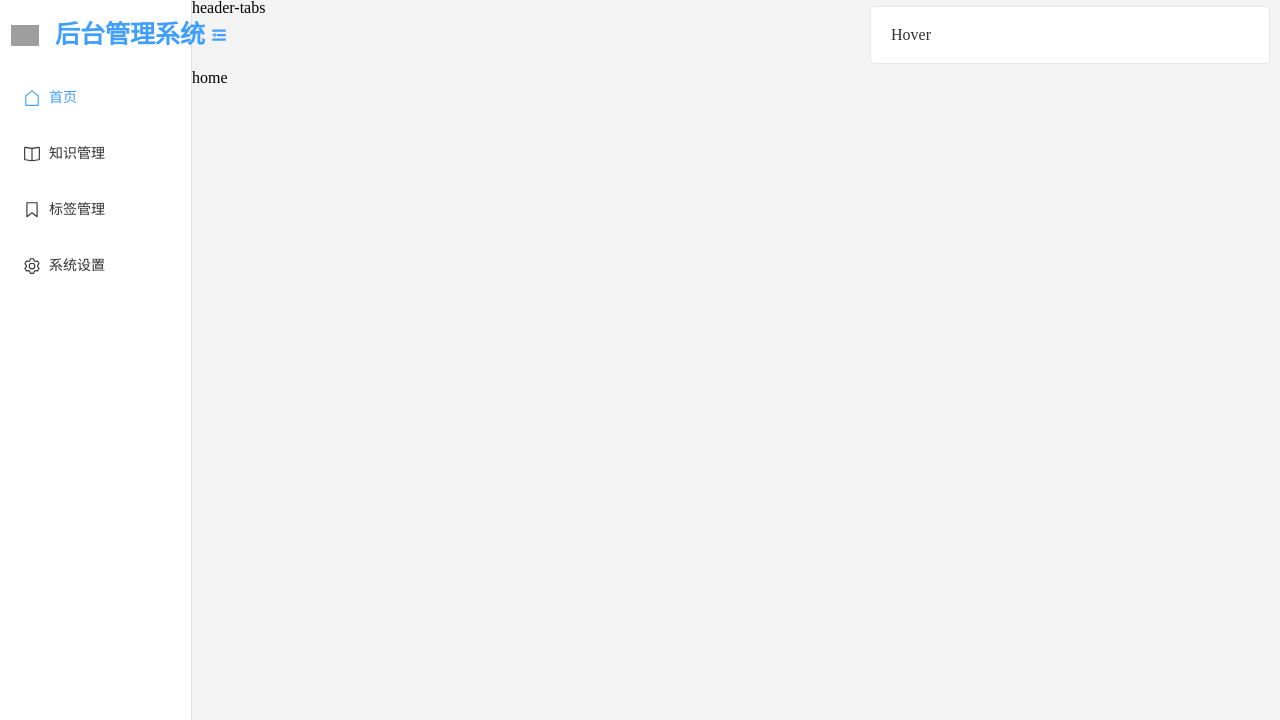
Repository: serrrN/admin
Page: /
The author's editor kept a copy of each file at every save. The page is drawn from the files as they stood at one save, then again after the next save.
The browser window is 1280 px wide. The pictures show the whole page.
Pictures or frames that could not be fetched are drawn as grey boxes. The project was rebuilt for these pictures with package versions that can differ from the ones it lists, and the page was loaded fresh each time. Also part of the build but not shown: vite.config.ts, src/styles/index.scss.

Above is the page before, as saved 2024-06-05 16:03:53.

### src/main.ts
import { createApp } from 'vue'
import App from './App.vue'
import ElementPlus from 'element-plus'
import zhCn from 'element-plus/es/locale/lang/zh-cn'
import * as ElementPlusIconsVue from '@element-plus/icons-vue'
import router from './router'
import 'reset-css'
import './styles/index.scss'
import pinia from '@/store/index'
const app = createApp(App)
for (const [key, component] of Object.entries(ElementPlusIconsVue)) {
  app.component(key, component)
}
app.use(pinia)
app.use(ElementPlus, { locale: zhCn })
app.use(router)
app.mount('#app')

### src/App.vue
<script setup lang="ts"></script>

<template>
  <router-view></router-view>
</template>

<style>
* {
  box-sizing: border-box;
}
#app,
html,
body {
  width: 100%;
  height: 100%;
}
</style>

### src/router/index.ts
import { createRouter, createWebHistory } from 'vue-router'
import routes from './routes'
const router = createRouter({
  history: createWebHistory(),
  routes,
})
export default router

### src/router/routes.ts
const routes = [
  {
    path: '/',
    name: 'home',
    redirect: '/home',
    component: () => import('@/layout/index.vue'),
    children: [
      {
        path: '/home',
        component: () => import('@/views/home/index.vue'),
      },
      {
        path: '/knowledgeManage',
        component: () => import('@/views/knowledgeManage/index.vue'),
      },
      {
        path: '/tagManage',
        component: () => import('@/views/tagManage/index.vue'),
      },
      {
        path: "/systemSetting",
        component:()=>import("@/views/systemSetting/index.vue")
      }
    ],
  },
]

export default routes

### src/styles/variable.scss
//主题色
$theme-color:rgb(64, 158, 255);

// 布局容器左边宽度
$layout-container-left-max-width:15%;

// 布局容器左边塌陷后宽度
$layout-container-left-min-width:3.79%;

// 布局容器头部高度
$layout-container-header-height:70px;

### src/layout/index.vue
<template>
  <div class="layout-container">
    <div :class="systemStore.isCollapse?'left left-collapse':'left'" >
      <Menu />
    </div>
    <div :class="systemStore.isCollapse?'right right-collapse':'right'">
      <div class="header"><Header /></div>
      <div class="main"><Main/></div>
    </div>
  </div>
</template>

<script lang="ts" setup>
import Menu from './menu/index.vue'
import Header from './header/index.vue'
import Main from './main/index.vue'

import {useSystemStore} from "@/store/modules/system"
const systemStore = useSystemStore()
</script>

<style scoped lang="scss">
.layout-container {
  width: 100%;
  height: 100%;
  display: flex;
  background-color: #f3f3f3;
  .left {
    height: 100%;
    width: $layout-container-left-max-width;
    transition: all linear 0.5s;
  }
  .left-collapse{
    width:$layout-container-left-min-width;
  }
  .right {
    width: calc(100% - $layout-container-left-max-width);
    transition: all linear 0.5s;
    .header {
      width: 100%;
      height: $layout-container-header-height;
      display: flex;
      justify-content: space-between;
    }
    .main {
      height: calc(100% - $layout-container-header-height);
      width: calc(100%);

    }
  }
  .right-collapse{
    width:calc(100% - $layout-container-left-min-width);
  }

}
</style>

### src/views/home/index.vue
<template>
home
</template>
<script setup lang="ts">

</script>
<style lang="scss" scoped>

</style>

### src/layout/menu/index.vue
<template>
  <el-menu
    default-active="home"
    :class="systemStore.isCollapse?'el-menu-vertical-collapse':'el-menu-vertical'"
    :collapse="systemStore.isCollapse"
    :router="true"
    collapse-transition
    @open="handleOpen"
    @close="handleClose"
  >
    <div class="header">
      <div class="manage-msg" v-show="!systemStore.isCollapse">
        <div class="logo-wrapped">
          <img src="/vite.svg" class="logo" alt="Vite logo" />
        </div>
        <div class="name">后台管理系统</div>
      </div>
      <div class="fold-icon-wrapped" @click="handleCollapse">
        <el-icon size="18" color="rgb(64, 158, 255)">
          <component :is="systemStore.isCollapse?'Expand':'Fold'"></component>
        </el-icon>
      </div>
    </div>

    <el-menu-item index="home">
      <el-icon><House /></el-icon>
      <template #title>首页</template>
    </el-menu-item>
    <el-menu-item index="knowledgeManage">
      <el-icon><reading /></el-icon>
      <template #title>知识管理</template>
    </el-menu-item>
    <el-menu-item index="tagManage">
      <el-icon><CollectionTag /></el-icon>
      <template #title>标签管理</template>
    </el-menu-item>
    <el-menu-item index="systemSetting">
      <el-icon><setting /></el-icon>
      <template #title>系统设置</template>
    </el-menu-item>
  </el-menu>
</template>

<script lang="ts" setup>
import {useSystemStore} from "@/store/modules/system"
const systemStore = useSystemStore()

const handleOpen = (key: string, keyPath: string[]) => {
  console.log(key, keyPath)
}
const handleClose = (key: string, keyPath: string[]) => {
  console.log(key, keyPath)
}
const handleCollapse = () => {
  systemStore.isCollapse = !systemStore.isCollapse

}
</script>

<style lang="scss" scoped>
.el-menu {
  height: 100%;
  // 管理系统菜单头部(展示名字和logo)
  .header {
    display: flex;
    height: 70px;
    line-height: 70px;
    justify-content: space-between;
    transition: all 1s;
    //管理系统信息
    .manage-msg {
      display: flex;
      // logo容器
      .logo-wrapped {
        line-height: 50px;
        height: 100%;
        display: flex;
        align-items: center;
        justify-content: center;
        width: 50px;
        .logo {
          width: 28px;
        }
      }
      // 管理系统名称
      .name {
        text-align: center;
        font-size: 25px;
        width: 160px;
        color: $theme-color;
        font-weight: 600;
      }
    }

    // 折叠图标容器
    .fold-icon-wrapped {
      width: 100%;
      display: flex;
      align-items: center;
      justify-content: center;
    }
  }

  //菜单名称
  .el-menu-item span {
    color: rgb(48, 49, 51);
    font-weight: 400;
    font-size: 17px;
    line-height: 56px;
    font-family: 'Helvetica Neue', Helvetica, 'PingFang SC', 'Hiragino';
  }
}
// 菜单不处于塌陷状态
.el-menu-vertical:not(.el-menu--collapse) {
  width: 100%;
  min-height: 100%;
  min-width: 20%;
}


</style>

### src/layout/header/index.vue
<template>
  <Tabs />
  <Menu />
</template>
<script setup lang="ts">
import Tabs from './tabs/index.vue'
import Menu from './menu/index.vue'
</script>
<style lang="scss" scoped></style>

### src/layout/main/index.vue
<template>
  <router-view></router-view>
</template>
<script setup lang="ts"></script>
<style lang="scss" scoped></style>

### src/store/modules/system.ts
import { defineStore } from 'pinia'
import { ref } from 'vue'
export const useSystemStore = defineStore('system', () => {
  const isCollapse = ref(false)

  return { isCollapse }
})

### src/layout/header/tabs/index.vue
<template>
  <div class="header-tabs">header-tabs</div>
</template>
<script setup lang="ts"></script>
<style lang="scss" scoped></style>

### src/layout/header/menu/index.vue
<template>
  <div class="header-menu">
    <el-card style="width: 400px" shadow="hover">Hover</el-card>
  </div>
</template>
<script setup lang="ts"></script>
<style lang="scss" scoped>
.header-menu{
  display: flex;
  justify-content: center;
  align-items: center;
  margin-right: 10px;
  cursor: pointer;
}
</style>

Loaded but not shown: index.html (common file); src/store/index.ts (common file)

After the next save:
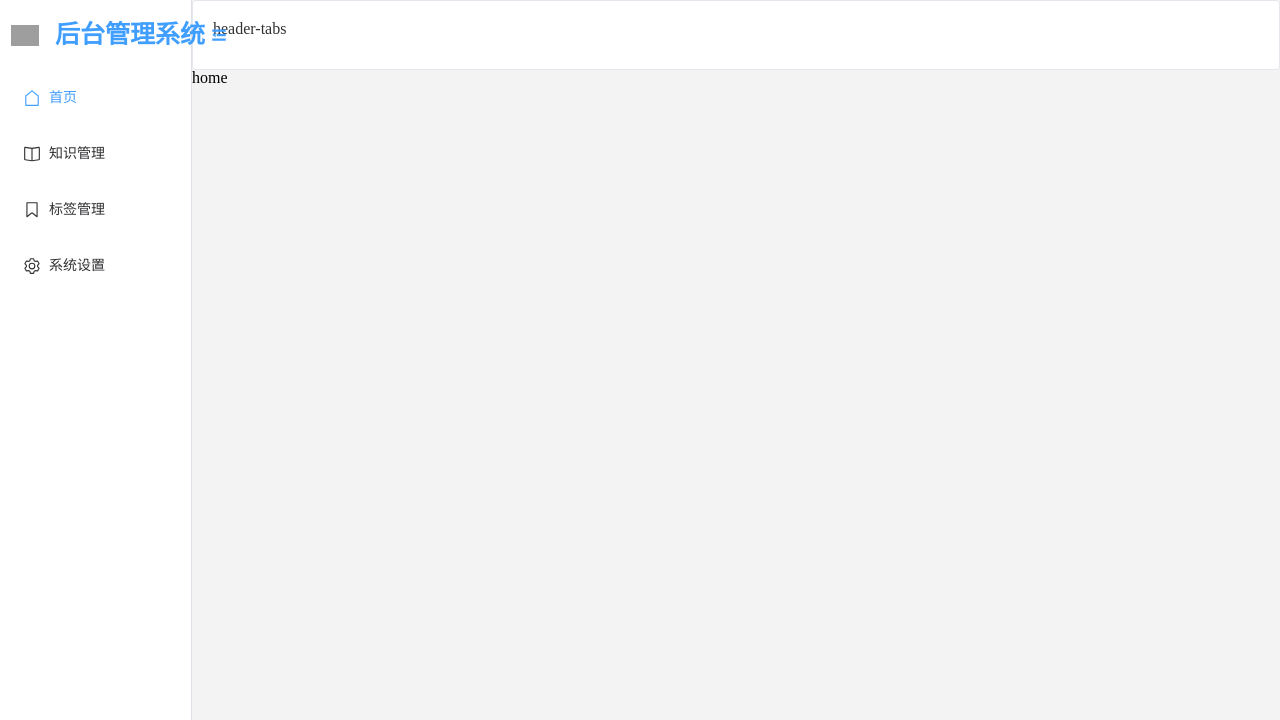
Saved 110 s later.
--- a/src/layout/header/index.vue
+++ b/src/layout/header/index.vue
@@ -1,6 +1,8 @@
 <template>
-  <Tabs />
-  <Menu />
+  <el-card style="width: 100%" shadow="hover">
+    <Tabs />
+    <Menu />
+  </el-card>
 </template>
 <script setup lang="ts">
 import Tabs from './tabs/index.vue'
--- a/src/layout/header/menu/index.vue
+++ b/src/layout/header/menu/index.vue
@@ -1,6 +1,6 @@
 <template>
   <div class="header-menu">
-    <el-card style="width: 400px" shadow="hover">Hover</el-card>
+
   </div>
 </template>
 <script setup lang="ts"></script>
